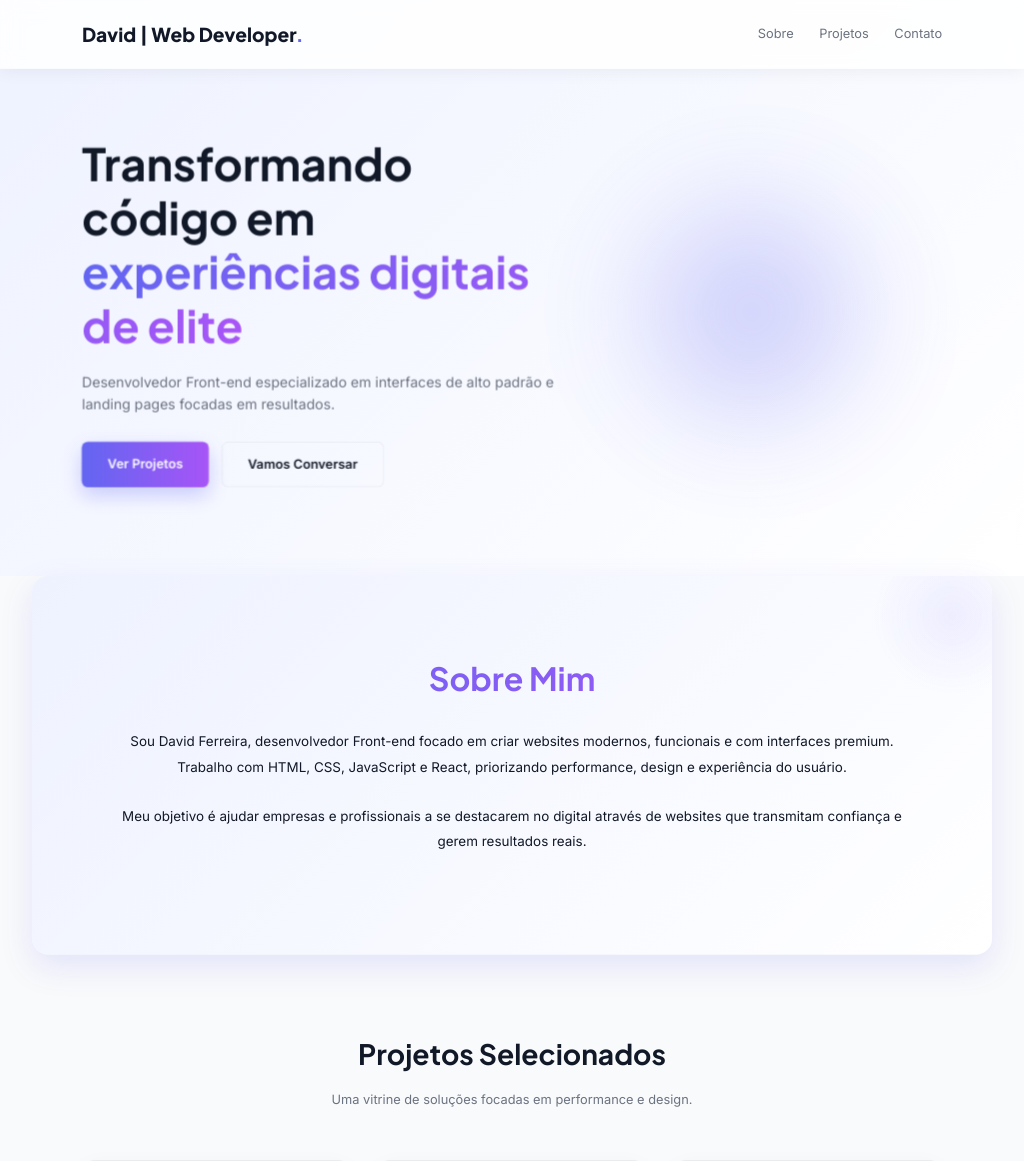
Repository: davidfsillva/David_Ferreira
Page: index.html
An editor plug-in stored every save of this project. The page is shown before and after the next save, followed by the edit.
The browser window is 1280 px wide. The pictures show the part of the page from y = 0 to 1451 px (the page is 2777 px tall), at 80% of full size.
Pictures or frames that could not be fetched are drawn as grey boxes.

Above is the page before, as saved 2026-02-11 12:05:11.
Console error: TypeError: Cannot read properties of null (reading 'addEventListener')

After the next save:
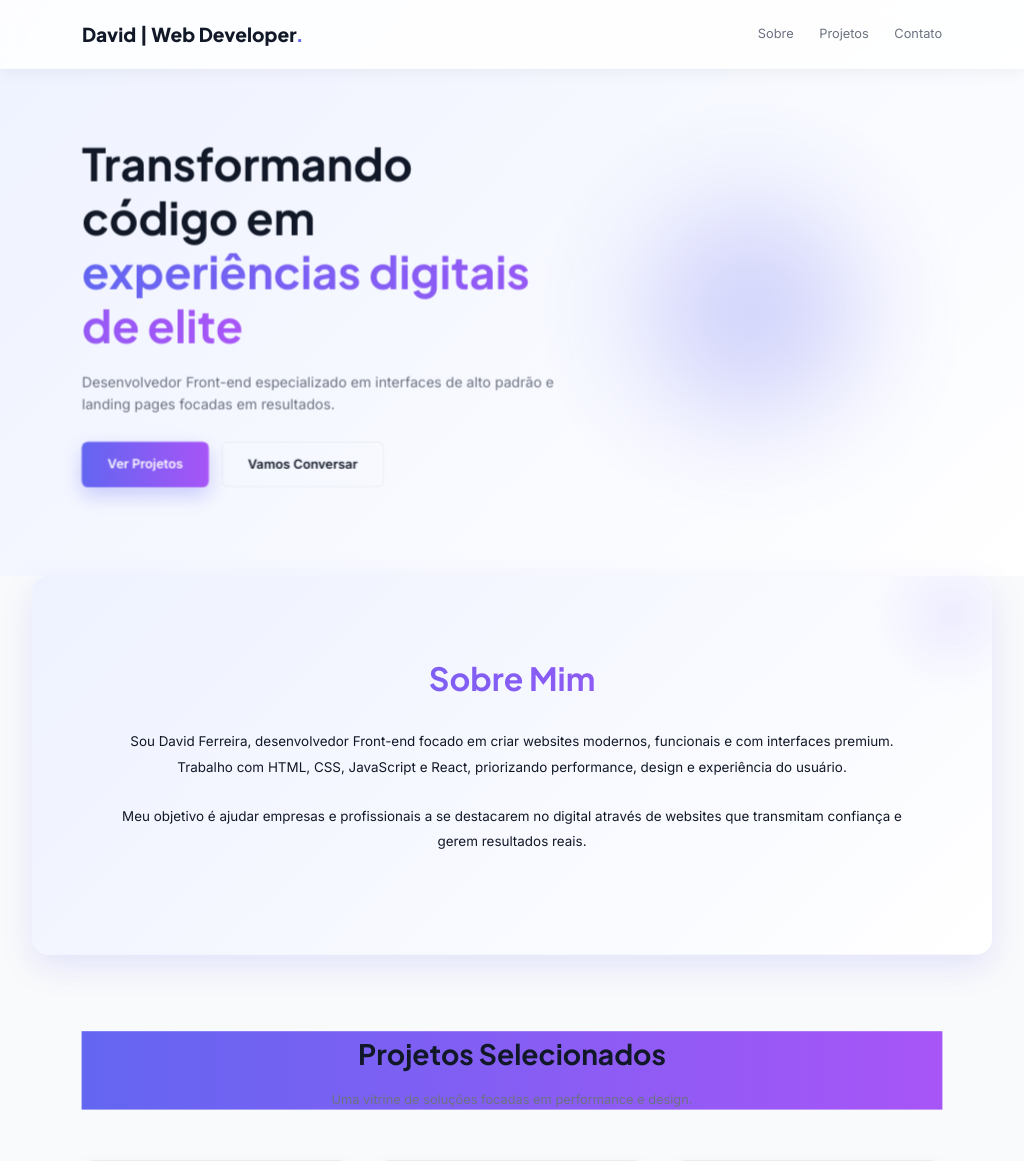
Saved 3 min 5 s later.
--- a/style.css
+++ b/style.css
@@ -296,6 +296,7 @@
 .section-header {
   text-align: center;
   margin-bottom: 4rem;
+    background: linear-gradient(90deg, var(--primary), var(--accent));
 }
 
 .section-header h2 {

After the 3 saves that followed:
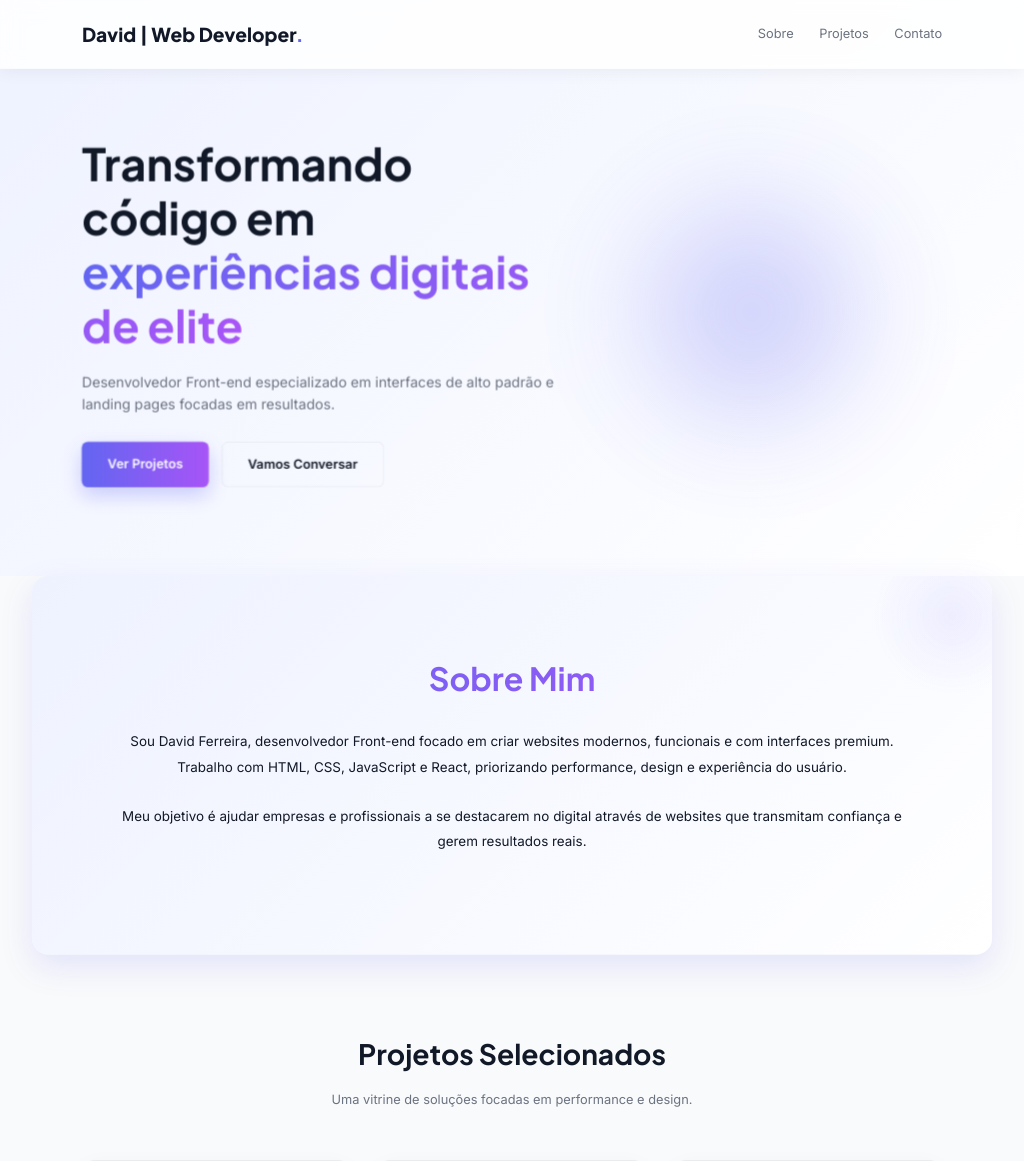
The 3 saves are shown as one change because they came seconds apart.
The last was saved 10 s later.
--- a/style.css
+++ b/style.css
@@ -296,7 +296,6 @@
 .section-header {
   text-align: center;
   margin-bottom: 4rem;
-    background: linear-gradient(90deg, var(--primary), var(--accent));
 }
 
 .section-header h2 {
